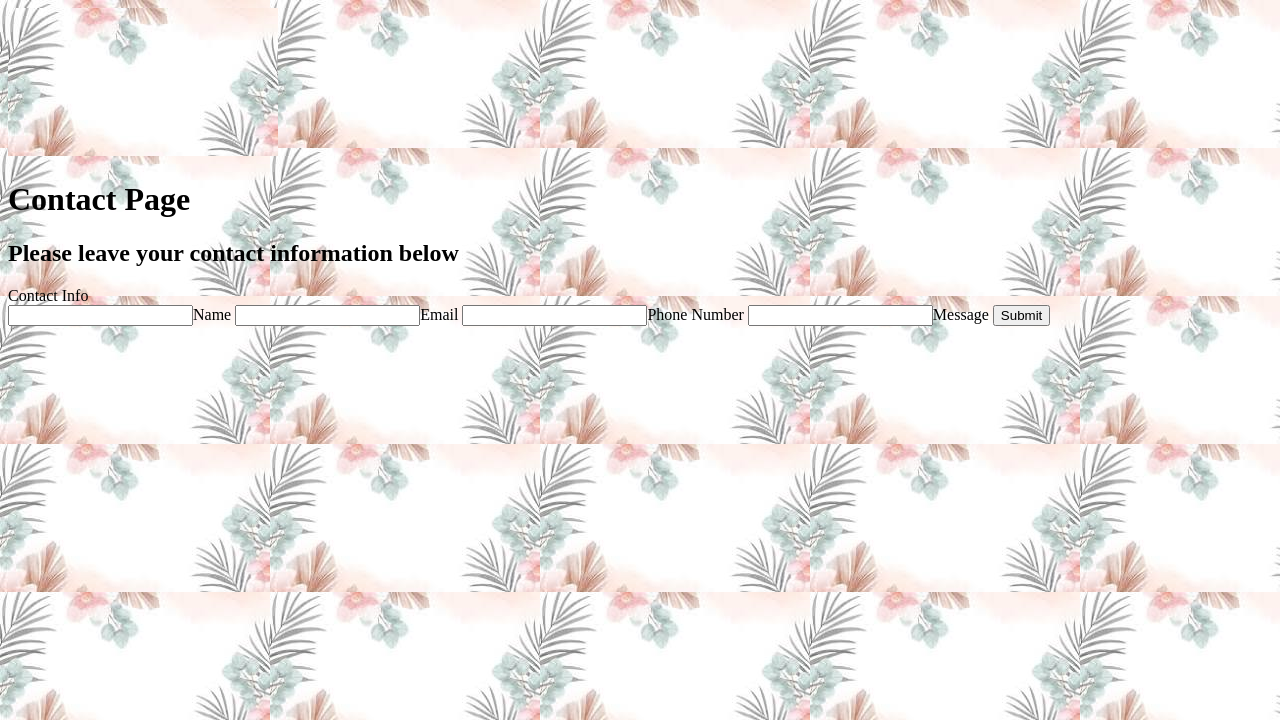
Repository: MelindaN14/My-Personal-Website
Page: contact.html
These files come from the project's save history. The page is drawn as it stood at one moment and after a run of saves; the edit follows.
The browser window is 1280 px wide. The pictures show the whole page.

Above is the page before, as saved 2024-03-25 22:18:25.

### contact.html
<!DOCTYPE html>
<html lang="en">
  <head>
    <meta charset="UTF-8" />
    <meta name="viewport" content="width=device-width, initial-scale=1.0" />
    <img src="contact backgound.jpeg" a href="contact backgound.jpeg">
    <link rel="style.css" a href="style.css">
    <title>Contact</title>
    <!-- contact form needs a submit button along with email and phone  -->
  </head>
  <body>
    <style>
      body{
        background-image: url("contact\ backgound.jpeg");
        background-size:auto;
      }
    </style>
    <h1>Contact Page</h1>
    <h2>Please leave your contact information below</h2>
    <label for="Form">Contact Info</label>
    <form action="" name="form">
      <input type="text" name="" id="">Name</input>
      <input type="text" name="" id="">Email</input>
      <input type="text" name="" id="">Phone Number</input>
      <input type="text" name="" id="">Message</input>
      <input type="submit" name="" id=""></input>
    </form>
  </body>
  <footer>
  </footer>
</html>

### style.css
/* Nav Bar */
.navbar {
  overflow: hidden;
  background-color: #cdb4db;
  position: fixed;
  top: 0;
  width: 100%;
}
/* Links */
.navbar a {
  float: left;
  display: block;
  color: #a11491;
  text-align: center;
  padding: 14px 16px;
}
/* Hover */
.navbar a:hover {
  background: #a2d2ff;
  color: black;
}
/* Main Content?? */
.main {
  margin-top: 30px; /* Add a top margin to avoid content overlay? */
}
.header {
  color: #7fb6ea;
  text-align: center;
}

h1 {
  color: #ffafcc;
  font-style: italic;
  font-size:larger;
  text-align: center;
}
h2{
    color:#a11491;
    font-weight: 500px;
    text-align: center;
    text-decoration: underline;
}
p {
  color: #cdb4db;
}

nav {
  color: #bde0fe;
}
/*body {
  background-image:url('floral.jpeg');
  padding: 2rem;
  display: flex;
  flex-direction: column;
  align-items: center;
  justify-content: center;
}*/

After the next 3 saves:
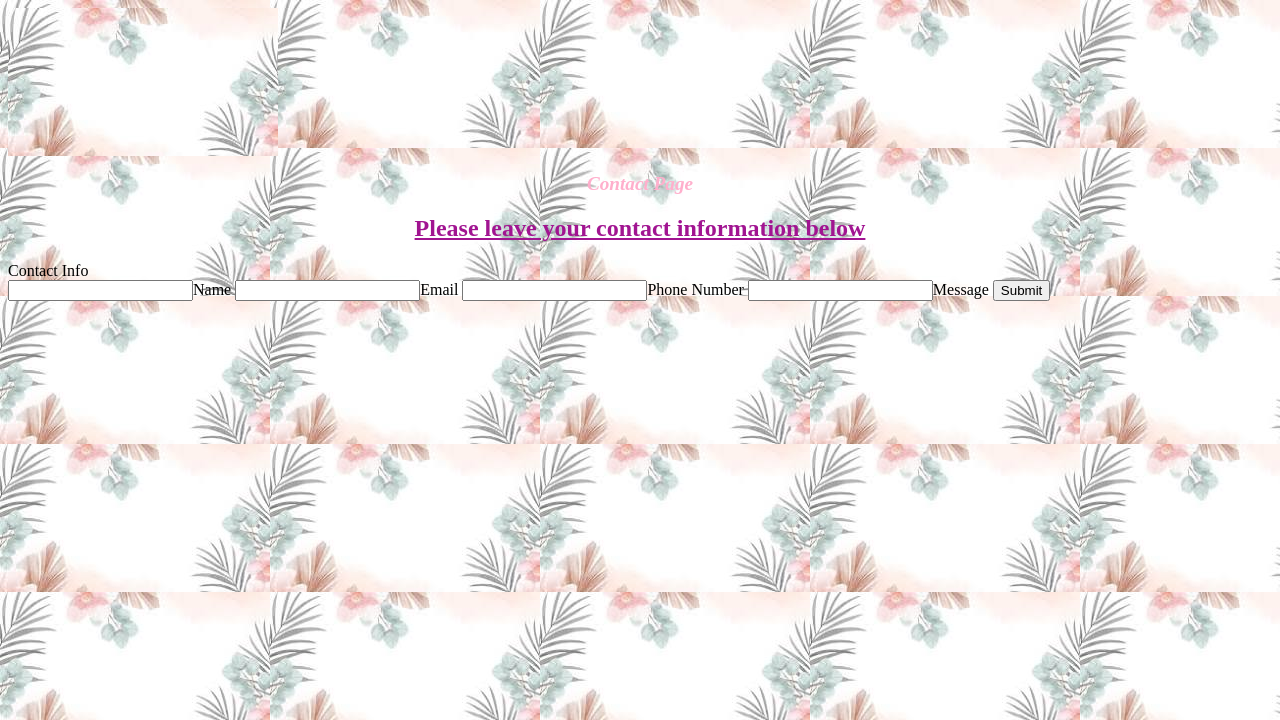
The 3 saves are shown as one change because they came seconds apart.
The last was saved 14 s later.
--- a/contact.html
+++ b/contact.html
@@ -4,7 +4,7 @@
     <meta charset="UTF-8" />
     <meta name="viewport" content="width=device-width, initial-scale=1.0" />
     <img src="contact backgound.jpeg" a href="contact backgound.jpeg">
-    <link rel="style.css" a href="style.css">
+    <link rel="stylesheet" a href="style.css">
     <title>Contact</title>
     <!-- contact form needs a submit button along with email and phone  -->
   </head>
